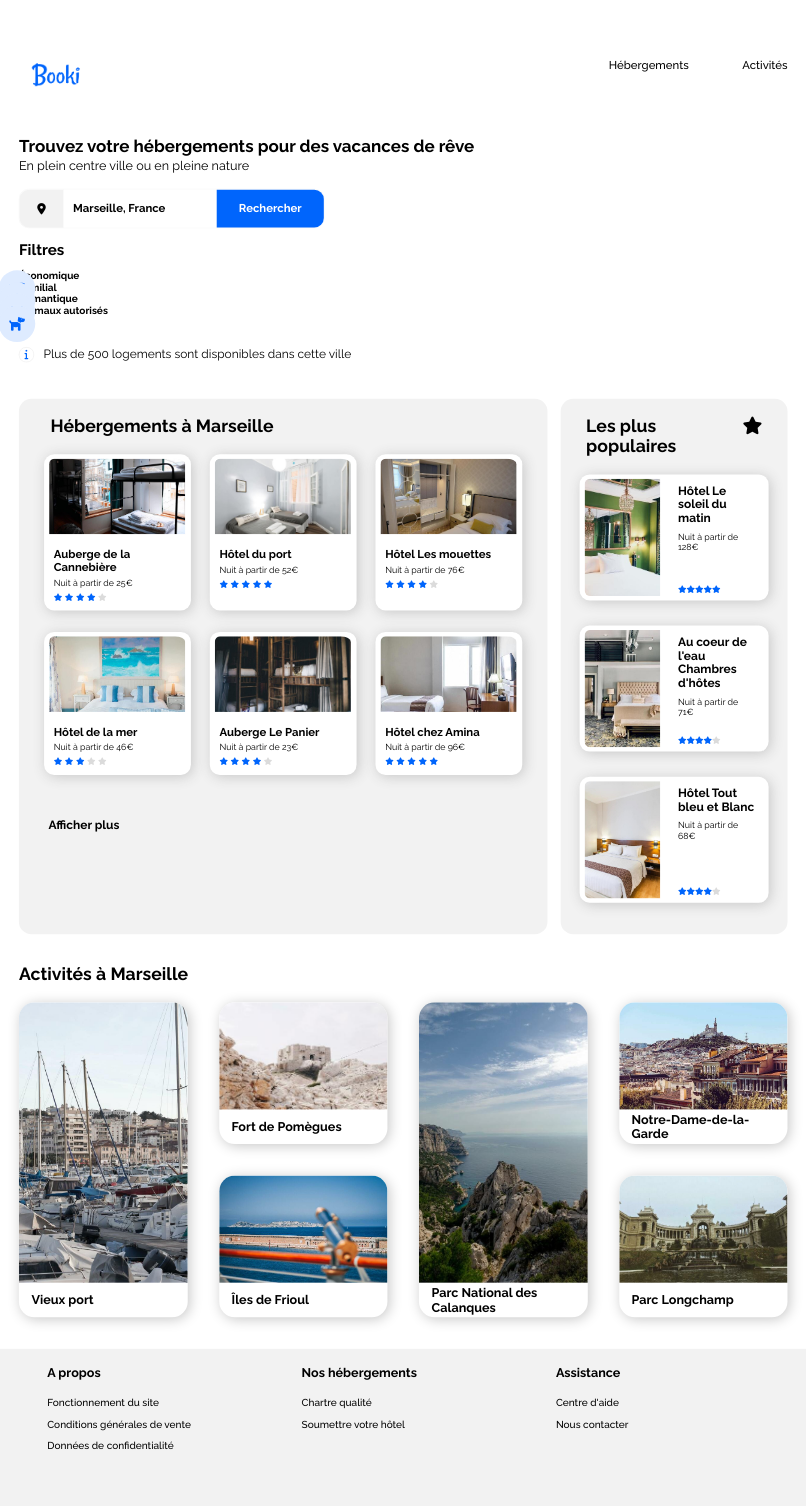
Repository: leandroBarbosaFR/booki
Page: index.html
These files come from the project's save history. The page is drawn as it stood at one moment and after a run of saves; the edit follows.
The browser window is 1280 px wide. The pictures show the whole page, at 63% of full size.

Above is the page before, as saved 2022-07-22 14:56:45.

### index.html
<!DOCTYPE html>
<html lang="en">

<head>
    <meta charset="UTF-8">
    <meta http-equiv="X-UA-Compatible" content="IE=edge">
    <meta name="viewport" content="width=device-width, initial-scale=1.0">
    <link rel="stylesheet" href="https://cdnjs.cloudflare.com/ajax/libs/normalize/8.0.1/normalize.min.css" integrity="sha512-NhSC1YmyruXifcj/KFRWoC561YpHpc5Jtzgvbuzx5VozKpWvQ+4nXhPdFgmx8xqexRcpAglTj9sIBWINXa8x5w==" crossorigin="anonymous" referrerpolicy="no-referrer"
    />
    <link rel="stylesheet" href="https://cdnjs.cloudflare.com/ajax/libs/font-awesome/6.0.0/css/all.min.css" integrity="sha512-9usAa10IRO0HhonpyAIVpjrylPvoDwiPUiKdWk5t3PyolY1cOd4DSE0Ga+ri4AuTroPR5aQvXU9xC6qOPnzFeg==" crossorigin="anonymous" referrerpolicy="no-referrer"
    />
    <link rel="preconnect" href="https://fonts.googleapis.com">
    <link rel="preconnect" href="https://fonts.gstatic.com" crossorigin>
    <link href="https://fonts.googleapis.com/css2?family=Raleway:wght@400;500;600;700&display=swap" rel="stylesheet">
    <link href="css/style.css" rel="stylesheet">
    <title>Booki</title>
</head>

<body>
    <main class=body>
        <!-- Logo et Menu  -->
        <header class="header">
            <div>
                <img class="logo" alt="logobooki" src="./images/Booki.png" />
            </div>
            <div class="menu">
                <a href="#titreun" class="hebergements">Hébergements
                    <div class="barrebleue"></div>
                </a>
                <a href="#titretrois" class="activites"> Activités
                    <div class="barrebleue"></div>
                </a>
            </div>
        </header>
        <!-- Introduction -->
        <section class="introduction">
            <h1 class="trouvez">Trouvez votre hébergements pour des vacances de rêve</h1>
            <p class="centre"> En plein centre ville ou en pleine nature</p>
        </section>
        <!-- Boutton de recherche -->
        <form class="location">
            <i class="fa-solid fa-location-dot"></i>
            <input type="text" class="marseille" value="Marseille, France">
            <div class="rechercher"> Rechercher</div>
            <i class="fa-solid fa-magnifying-glass"></i>
        </form>
        <!-- Filtres -->
        <!-- <section class="filtres">
            <h2 class="h2">Filtres</h2>
            <a href=# class="economique">
                <i class="fa-solid fa-money-bill-wave"></i>
                <p class="text">Économique</p>
            </a>
            <a href=# class="famillial">
                <i class="fa-solid fa-child"></i>
                <p class="text">Familial</p>
            </a>
            <a href=# class="romantique">
                <i class="fa-solid fa-heart"></i>
                <p class="text">Romantique</p>
            </a>
            <a href=# class="animaux">
                <i class="fa-solid fa-dog"></i>
                <p class="text">Animaux autorisés</p>
            </a>
        </section> -->
        <div id="filtre_zone">
          <h2 id="titre_filtrezone">Filtres</h2>
          <div class="filtre">
              <div class="filtre_icone">
                  <i class="fas fa-money-bill-wave filtre_iconeIcon"></i>
              </div>
              <span class="titre_filtre"><strong>Économique</strong></span>
          </div>

          <div class="filtre">
              <div class="filtre_icone">
                  <i class="fas fa-child filtre_iconeIcon"></i>
              </div>
              <span class="titre_filtre"><strong>Familial</strong></span>
          </div>

          <div class="filtre">
              <div class="filtre_icone">
                  <i class="fas fa-heart filtre_iconeIcon"></i>
              </div>
              <span class="titre_filtre"><strong>Romantique</strong></span>
          </div>

          <div class="filtre">
              <div class="filtre_icone">
                  <i class="fas fa-dog filtre_iconeIcon"></i>
              </div>
              <span class="titre_filtre"><strong>Animaux autorisés</strong></span>
          </div>
      </div>
        <div class="information">
            <i class="fa-solid fa-info"></i>
            <p class="logement">Plus de 500 logements sont disponibles dans cette ville</p>
        </div>
        <!-- Les hébergements à Marseille -->
        <div class="bordures"><!--the card of all hotels 72 to 231 -->
            <section class="bordureune">
                <h3 class="titreun" id="titreun">Hébergements à Marseille</h3>
                <div class="column">
                    <div class="hotelun cannebiere"><!--white-card-->
                        <a href="#" class="none">
                            <img class="imghotelun" alt="Image d'une chambre d'hotel" src="./images/cannebiere.jpg" /><!--image-card-->
                            <div class="paddingtrois"><!--description of the hotel-->
                                <p class="hotel"> Auberge de la Cannebière</p>
                                <p class="nuit"> Nuit à partir de 25€</p>
                                <div><!--ratings-->
                                    <i class="fa-solid fa-star starune etoilebleu"></i>
                                    <i class="fa-solid fa-star starune etoilebleu"></i>
                                    <i class="fa-solid fa-star starune etoilebleu"></i>
                                    <i class="fa-solid fa-star starune etoilebleu"></i>
                                    <i class="fa-solid fa-star starune etoilegrise"></i>
                                </div>
                            </div>
                        </a>
                    </div>
                    <div class="hotelun">
                        <a href="#" class="none">
                            <img class="imghotelun" alt="Image d'une chambre d'hotel" src="./images/port.jpg" />
                            <div class="paddingtrois">
                                <p class="hotel"> Hôtel du port</p>
                                <p class="nuit">Nuit à partir de 52€</p>
                                <div>
                                    <i class="fa-solid fa-star starune etoilebleu"></i>
                                    <i class="fa-solid fa-star starune etoilebleu"></i>
                                    <i class="fa-solid fa-star starune etoilebleu"></i>
                                    <i class="fa-solid fa-star starune etoilebleu"></i>
                                    <i class="fa-solid fa-star starune etoilebleu"></i>
                                </div>
                            </div>
                        </a>
                    </div>
                    <div class="hotelun">
                        <a href="#" class="none">
                            <img class="imghotelun" alt="Image d'une chambre d'hotel" src="./images/mouettes.jpg" />
                            <div class="paddingtrois">
                                <p class="hotel"> Hôtel Les mouettes </p>
                                <p class="nuit">Nuit à partir de 76€</p>
                                <div>
                                    <i class="fa-solid starune fa-star etoilebleu"></i>
                                    <i class="fa-solid starune fa-star etoilebleu"></i>
                                    <i class="fa-solid starune fa-star etoilebleu"></i>
                                    <i class="fa-solid starune fa-star etoilebleu"></i>
                                    <i class="fa-solid starune fa-star etoilegrise"></i>
                                </div>
                            </div>
                        </a>
                    </div>
                    <div class="hotelun">
                        <a href="#" class="none">
                            <img class="imghotelun" alt="Image d'une chambre d'hotel" src="./images/mer.jpg" />
                            <div class="paddingtrois">
                                <p class="hotel"> Hôtel de la mer</p>
                                <p class="nuit">Nuit à partir de 46€</p>
                                <div>
                                    <i class="fa-solid starune fa-star etoilebleu"></i>
                                    <i class="fa-solid starune fa-star etoilebleu"></i>
                                    <i class="fa-solid starune fa-star etoilebleu"></i>
                                    <i class="fa-solid starune fa-star etoilegrise"></i>
                                    <i class="fa-solid starune fa-star etoilegrise"></i>
                                </div>
                            </div>
                        </a>
                    </div>
                    <div class="hotelun">
                        <a href="#" class="none">
                            <img class="imghotelun" alt="Image d'une chambre d'hotel" src="./images/panier.jpg" />
                            <div class="paddingtrois">
                                <p class="hotel"> Auberge Le Panier</p>
                                <p class="nuit">Nuit à partir de 23€</p>
                                <div>
                                    <i class="fa-solid starune fa-star etoilebleu"></i>
                                    <i class="fa-solid starune fa-star etoilebleu"></i>
                                    <i class="fa-solid starune fa-star etoilebleu"></i>
                                    <i class="fa-solid starune fa-star etoilebleu"></i>
                                    <i class="fa-solid starune fa-star etoilegrise"></i>
                                </div>
                            </div>
                        </a>
                    </div>
                    <div class="hotelun">
                        <a href="#" class="none">
                            <img class="imghotelun" alt="Image d'une chambre d'hotel" src="./images/anima.jpg" />
                            <div class="paddingtrois">
                                <p class="hotel"> Hôtel chez Amina</p>
                                <p class="nuit">Nuit à partir de 96€</p>
                                <div>
                                    <i class="fa-solid starune fa-star etoilebleu"></i>
                                    <i class="fa-solid starune fa-star etoilebleu"></i>
                                    <i class="fa-solid starune fa-star etoilebleu"></i>
                                    <i class="fa-solid starune fa-star etoilebleu"></i>
                                    <i class="fa-solid starune fa-star etoilebleu"></i>
                                </div>
                            </div>
                        </a>
                    </div>
                </div>
                <p class="afficher"> Afficher plus</p>
            </section>
            <section class="borduredeux">
                <h3 class="titredeux"> Les plus populaires
                  <i class="fa-solid fa-star"></i>
                </h3>
                <!-- Les plus populaires -->
                <div class="columndeux">
                    <div class="hoteldeux">
                        <a href=# class="widthhoteldeux none">
                            <img class="imghoteldeux" alt="Image d'une chambre d'hotel" src="./images/soleil.jpg" />
                            <div class="paddingquatre">
                                <p class="hoteltrois"> Hôtel Le soleil du matin</p>
                                <p class="nuitdeux"> Nuit à partir de 128€</p>
                                <p class="stardeux">
                                    <i class="fa-solid fa-star etoilebleu"></i>
                                    <i class="fa-solid fa-star etoilebleu"></i>
                                    <i class="fa-solid fa-star etoilebleu"></i>
                                    <i class="fa-solid fa-star etoilebleu"></i>
                                    <i class="fa-solid fa-star etoilebleu"></i>
                                </p>
                            </div>
                        </a>
                    </div>
                    <div class="hoteldeux">
                        <a href=# class="widthhoteldeux none">
                            <img class="imghoteldeux" alt="Image d'une chambre d'hotel" src="./images/eau.jpg" />
                            <div class="paddingquatre">
                                <p class="hoteltrois"> Au coeur de l'eau Chambres d'hôtes</p>
                                <p class="nuitdeux"> Nuit à partir de 71€</p>
                                <p class="stardeux">
                                    <i class="fa-solid fa-star etoilebleu"></i>
                                    <i class="fa-solid fa-star etoilebleu"></i>
                                    <i class="fa-solid fa-star etoilebleu"></i>
                                    <i class="fa-solid fa-star etoilebleu"></i>
                                    <i class="fa-solid fa-star etoilegrise"></i>
                                </p>
                            </div>
                        </a>
                    </div>
                    <div class="hoteldeux">
                        <a href="#" class="widthhoteldeux none">
                            <img class="imghoteldeux" alt="Image d'une chambre d'hotel" src="./images/toutbleu.jpg" />
                            <div class="paddingquatre">
                                <p class="hoteltrois"> Hôtel Tout bleu et Blanc</p>
                                <p class="nuitdeux"> Nuit à partir de 68€</p>
                                <p class="stardeux">
                                    <i class="fa-solid fa-star etoilebleu"></i>
                                    <i class="fa-solid fa-star etoilebleu"></i>
                                    <i class="fa-solid fa-star etoilebleu"></i>
                                    <i class="fa-solid fa-star etoilebleu"></i>
                                    <i class="fa-solid fa-star etoilegrise"></i>
                                </p>
                            </div>
                        </a>
                    </div>
                </div>
            </section>
        </div>
        <section>
            <!-- Activités à Marseille -->
            <h3 class="titretrois" id="titretrois">
                Activités à Marseille
            </h3>
            <div class="activitesdeux">
                <div class="widthactivites borderradius">
                    <a href="#" class=" lienimage none">
                        <img class="imgvieuxport imgwidth" alt="image du vieux port de Marseille" src="./images/vieuxport.jpg" />
                        <p class="vieuxport"> Vieux port </p>
                    </a>
                </div>
                <div class="widthactivites gapelement">
                    <a href="#" class="grandelement lienimage borderradius none">
                        <img class="imgpomegues imgwidth" alt="Image du fort de Pomègues" src="./images/pomegues.jpg" />
                        <p class="vieuxport"> Fort de Pomègues</p>
                    </a>
                    <a href="#" class="none lienimage grandelement borderradius">
                        <img class="imgpomegues imgwidth" alt="Images des îles de Frioul" src="./images/frioul.jpg" />
                        <p class="vieuxport"> Îles de Frioul</p>
                    </a>
                </div>
                <div class="widthactivites calanquesorder borderradius">
                    <a href="#" class="lienimage none">
                        <img class="imgvieuxport imgwidth" alt="Image des Calanques" src="./images/calanques.jpg" />
                        <p class="vieuxport"> Parc National des Calanques</p>
                    </a>
                </div>
                <div class="widthactivites gapelement">
                    <a href="#" class="grandelement lienimage borderradius none">
                        <img class="imgpomegues imgwidth" alt="image de Notre-Dame-de-la-Garde" src="./images/notredame.jpg" />
                        <p class="vieuxport"> Notre-Dame-de-la-Garde</p>
                    </a>
                    <a href="#" class="grandelement lienimage borderradius none">
                        <img class="imgpomegues imgwidth" alt="Image du parc Longchamp" src="./images/longchamp.jpg" />
                        <p class="vieuxport"> Parc Longchamp</p>
                    </a>
                </div>
            </div>
        </section>
    </main>
    <!-- Information footer -->
    <footer class=footer>
        <section class="footerun">
            <h4 class="titrequatre paddingbot"> A propos </h4>
            <p class="txt"> Fonctionnement du site </p>
            <p class="txt paddingmiddle"> Conditions générales de vente </p>
            <p class="txt"> Données de confidentialité</p>
        </section>
        <section class="footerun">
            <h4 class="titrequatre"> Nos hébergements</h4>
            <p class="txt paddingmiddle"> Chartre qualité</p>
            <p class="txt"> Soumettre votre hôtel</p>
        </section>
        <section class="footerun">
            <h4 class="titrequatre"> Assistance </h4>
            <p class="txt paddingmiddle"> Centre d'aide</p>
            <p class="txt"> Nous contacter</p>
        </section>
    </footer>
</body>

</html>

Loaded but not shown: css/style.css (586 lines, source omitted)

After the next 3 saves:
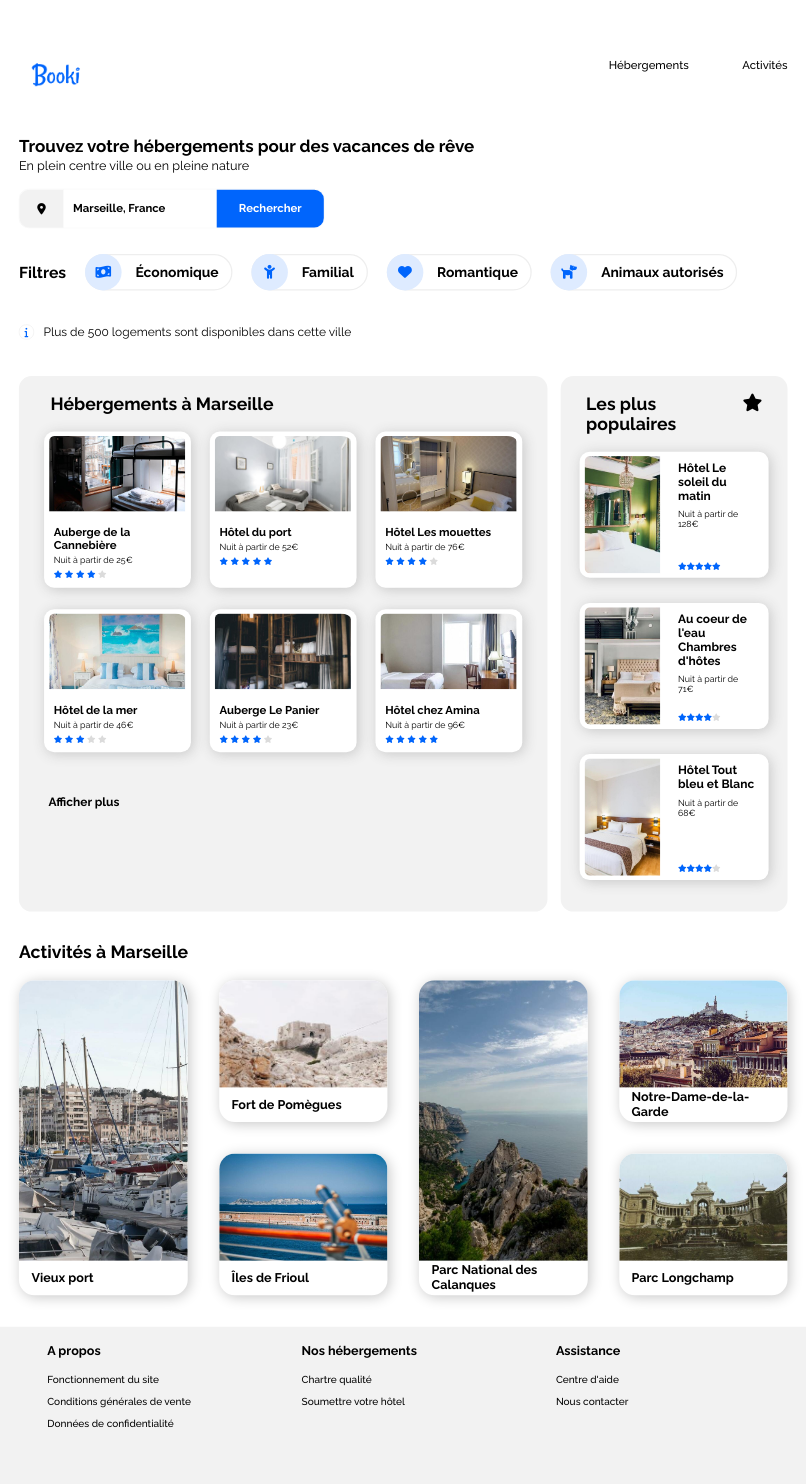
The 3 saves are shown as one change because they came seconds apart.
The last was saved 5 s later.
--- a/index.html
+++ b/index.html
@@ -45,7 +45,7 @@
             <i class="fa-solid fa-magnifying-glass"></i>
         </form>
         <!-- Filtres -->
-        <!-- <section class="filtres">
+        <section class="filtres">
             <h2 class="h2">Filtres</h2>
             <a href=# class="economique">
                 <i class="fa-solid fa-money-bill-wave"></i>
@@ -63,37 +63,7 @@
                 <i class="fa-solid fa-dog"></i>
                 <p class="text">Animaux autorisés</p>
             </a>
-        </section> -->
-        <div id="filtre_zone">
-          <h2 id="titre_filtrezone">Filtres</h2>
-          <div class="filtre">
-              <div class="filtre_icone">
-                  <i class="fas fa-money-bill-wave filtre_iconeIcon"></i>
-              </div>
-              <span class="titre_filtre"><strong>Économique</strong></span>
-          </div>
-
-          <div class="filtre">
-              <div class="filtre_icone">
-                  <i class="fas fa-child filtre_iconeIcon"></i>
-              </div>
-              <span class="titre_filtre"><strong>Familial</strong></span>
-          </div>
-
-          <div class="filtre">
-              <div class="filtre_icone">
-                  <i class="fas fa-heart filtre_iconeIcon"></i>
-              </div>
-              <span class="titre_filtre"><strong>Romantique</strong></span>
-          </div>
-
-          <div class="filtre">
-              <div class="filtre_icone">
-                  <i class="fas fa-dog filtre_iconeIcon"></i>
-              </div>
-              <span class="titre_filtre"><strong>Animaux autorisés</strong></span>
-          </div>
-      </div>
+        </section>
         <div class="information">
             <i class="fa-solid fa-info"></i>
             <p class="logement">Plus de 500 logements sont disponibles dans cette ville</p>
